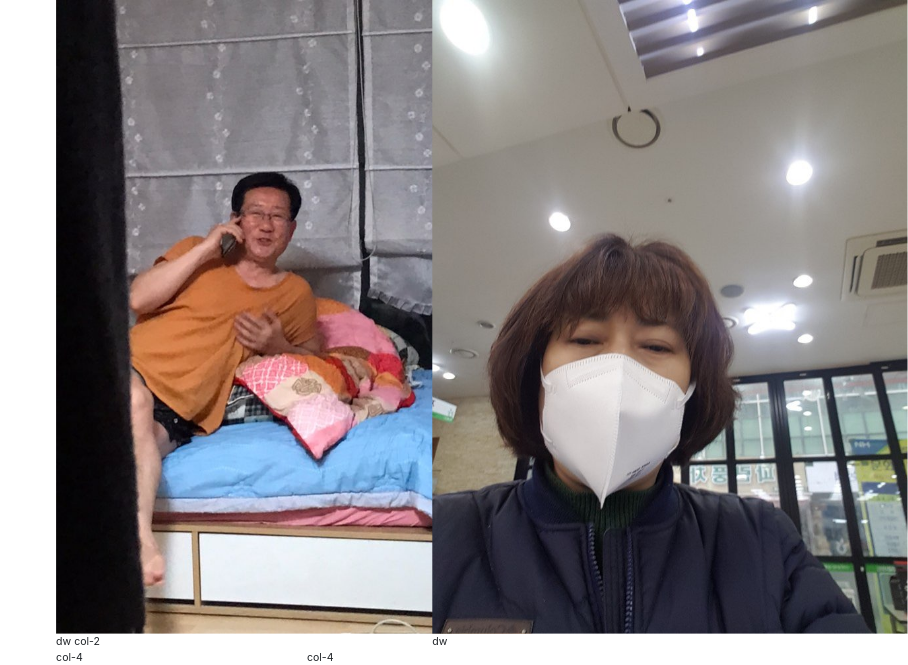
Repository: seungminlll3420/ruby_on_rails
Page: wep.html
The author's editor kept a record of every edit. The page is drawn from the files as they stood at one moment, then again after the next edit.
The browser window is 1280 px wide. The page is 1375 px wide, so the pictures cover 1375 px, including what lies to the right of the window. The pictures show the whole page, at 66% of full size.

Above is the page before.

### wep.html

</html>
<!doctype html>
<html lang="en">
  <head>
    <!-- Required meta tags -->
    <meta charset="utf-8">
    <meta name="viewport" content="width=device-width, initial-scale=1, shrink-to-fit=no">

    <!-- Bootstrap CSS -->
    <link rel="stylesheet" href="https://stackpath.bootstrapcdn.com/bootstrap/4.4.1/css/bootstrap.min.css" integrity="sha384-Vkoo8x4CGsO3+Hhxv8T/Q5PaXtkKtu6ug5TOeNV6gBiFeWPGFN9MuhOf23Q9Ifjh" crossorigin="anonymous">

    <title>Hello, world!</title>
  </head>
  <body>
      <div class="container">
        <div class="row">
            <div class="col-6" style="">
                <img src="./img/이종호.jpg">dw</img>
                col-2
            </div>
            <div class="col-6" style="">
                <img src="./img/길숙희.jpg">dw</img>
            </div>

        </div>
        <div class="row">
            <div class="col-4" style="">
                col-4
            </div>
            <div class="col-6" style="">
                col-4
            </div>
        </div>
    </div>
    <!-- Optional JavaScript -->
    <!-- jQuery first, then Popper.js, then Bootstrap JS -->
    <script src="https://code.jquery.com/jquery-3.4.1.slim.min.js" integrity="sha384-J6qa4849blE2+poT4WnyKhv5vZF5SrPo0iEjwBvKU7imGFAV0wwj1yYfoRSJoZ+n" crossorigin="anonymous"></script>
    <script src="https://cdn.jsdelivr.net/npm/popper.js@1.16.0/dist/umd/popper.min.js" integrity="sha384-Q6E9RHvbIyZFJoft+2mJbHaEWldlvI9IOYy5n3zV9zzTtmI3UksdQRVvoxMfooAo" crossorigin="anonymous"></script>
    <script src="https://stackpath.bootstrapcdn.com/bootstrap/4.4.1/js/bootstrap.min.js" integrity="sha384-wfSDF2E50Y2D1uUdj0O3uMBJnjuUD4Ih7YwaYd1iqfktj0Uod8GCExl3Og8ifwB6" crossorigin="anonymous"></script>
  </body>
</html>

After the next edit:
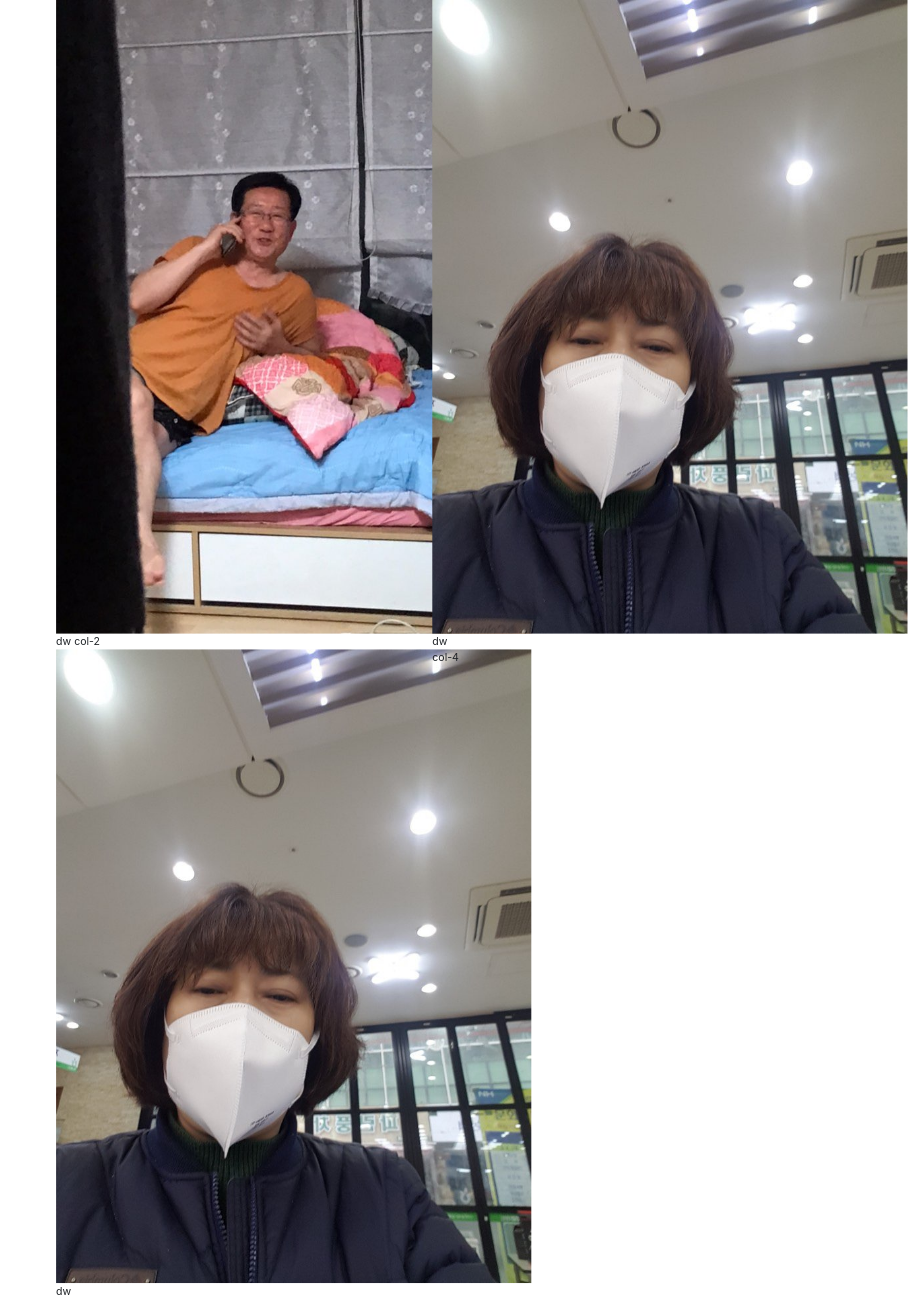
The edit:
--- a/wep.html
+++ b/wep.html
@@ -25,8 +25,8 @@
 
         </div>
         <div class="row">
-            <div class="col-4" style="">
-                col-4
+            <div class="col-6" style="">
+               <img src="./img/길숙희.jpg">dw</img>
             </div>
             <div class="col-6" style="">
                 col-4
